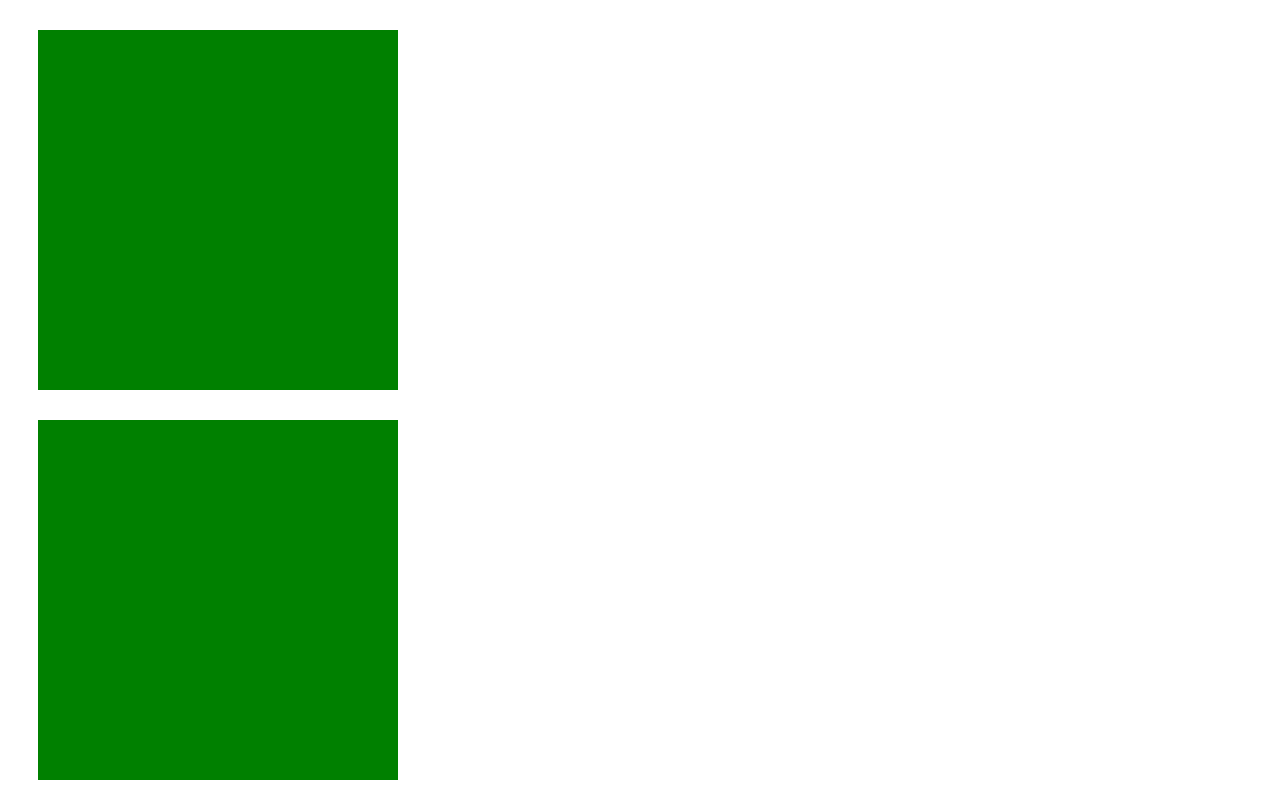
Repository: matuyama/dmm-webcamp
Page: box/box.html
The author's editor kept a record of every edit. The page is drawn from the files as they stood at one moment, then again after the next edit.
The browser window is 1280 px wide. The pictures show the whole page.

Above is the page before.

### box/box.html
<!DOCTYPE html>
<html lang="ja">
  <head>
    <meta charset="UTF-8"/>
    <!--css-->
    <link rel="stylesheet" href="box.css"/>
    <title>BOX</title>
  </head>

  <body>
  <!--box1用-->
  <div class="box1"></div>
</body>

</html>

<body>
  <!--box1用-->
  <div class="box1"></div>
</body>

### box/box.css
.box1{
  width: 300px;
  height: 300px;
  background-color: #008000;
  margin: 30px;
  padding: 30px;

}
/*コメント*/
.box2{
  width: 100px;
  height: 100px;
  background-color: blue;
  /*周囲全て*/
  border: 5px solid yellow;
}

After the next edit:
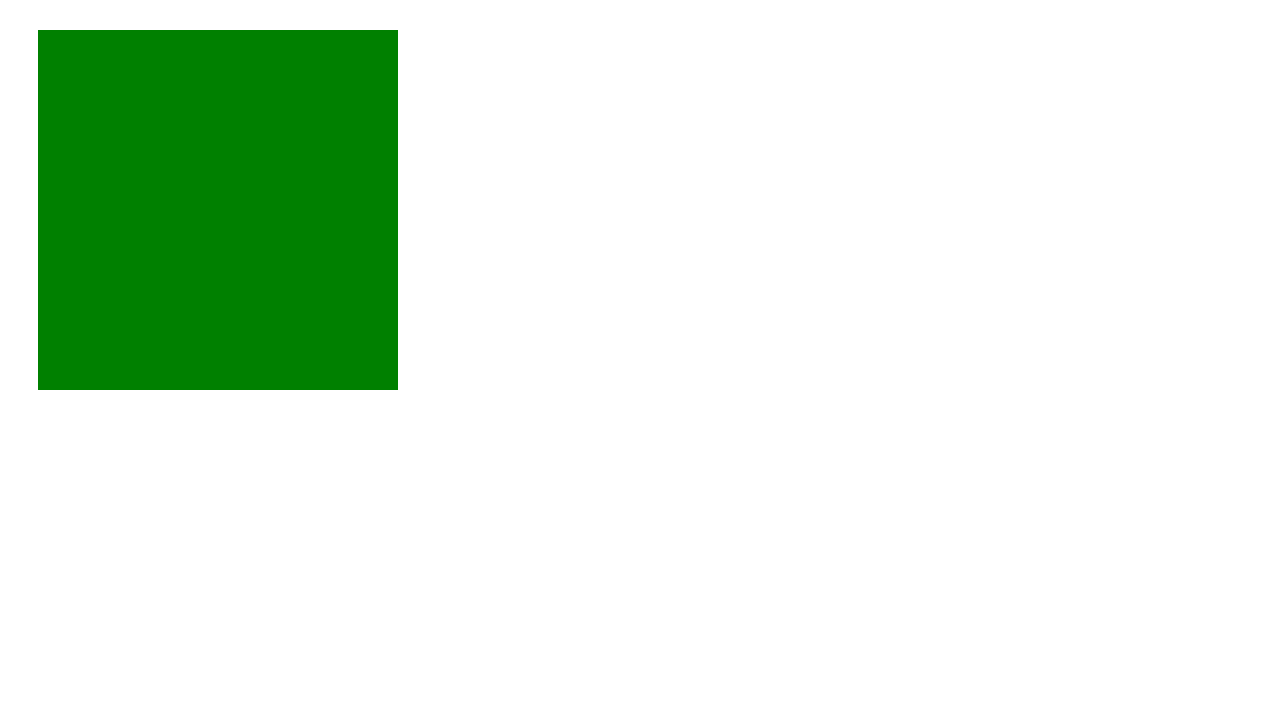
The edit:
--- a/box/box.html
+++ b/box/box.html
@@ -13,8 +13,3 @@
 </body>
 
 </html>
-
-<body>
-  <!--box1用-->
-  <div class="box1"></div>
-</body>
